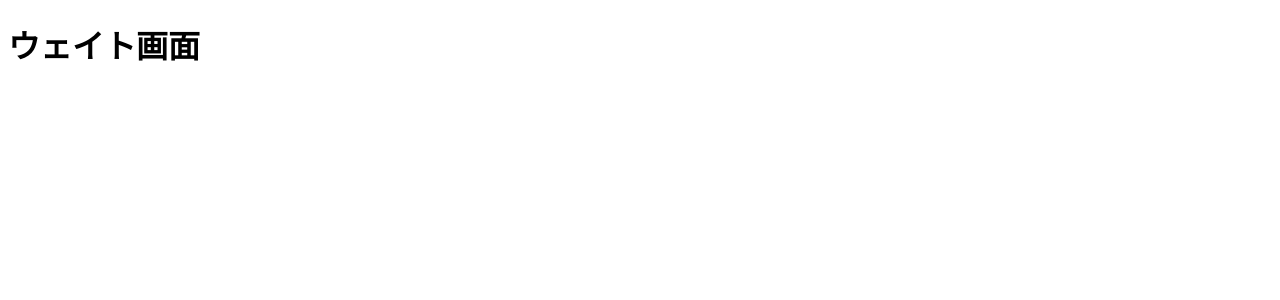
Repository: shoma2491/Mission_Invisible
Page: src/main/resources/templates/wait.html
These files come from the project's save history. The page is drawn as it stood at one moment and after the next save; the edit follows.
The browser window is 1280 px wide. The pictures show the whole page.

Above is the page before, as saved 2021-12-07 14:59:13.

After the next save:
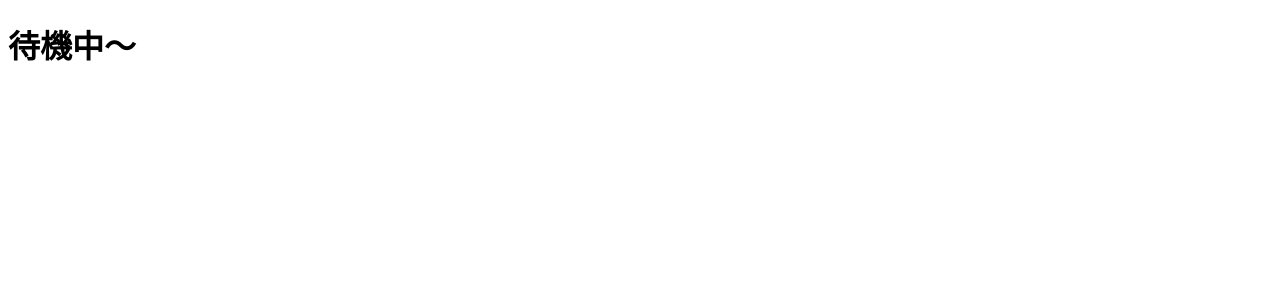
Saved 8 s later.
--- a/src/main/resources/templates/wait.html
+++ b/src/main/resources/templates/wait.html
@@ -5,6 +5,6 @@
     </head>
 
     <body>
-        <h1>ウェイト画面</h1>
+        <h1>待機中～</h1>
     </body>
 </html>
